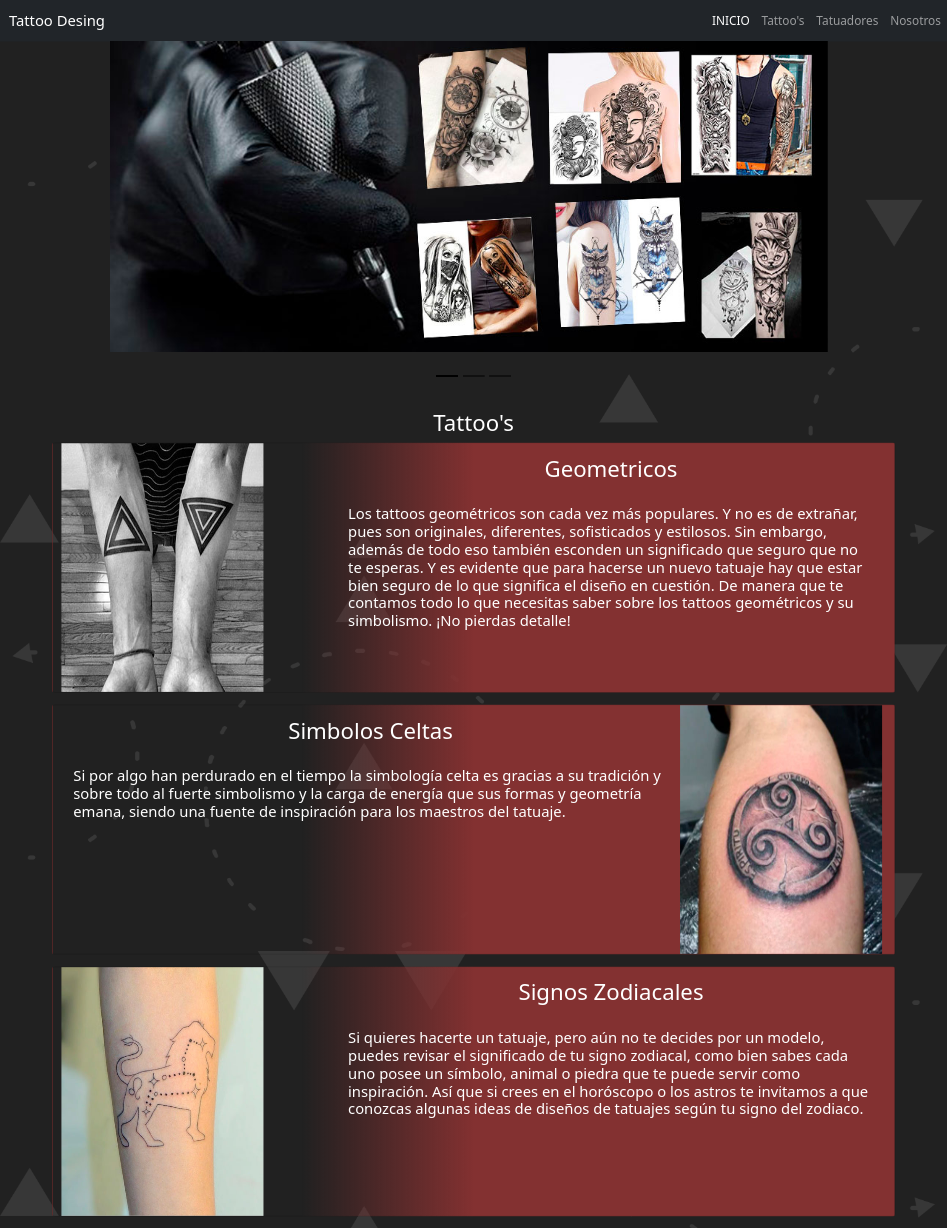
Repository: Vladimir-22/TatooDesign
Page: index.html
An editor plug-in stored every save of this project. The page is shown before and after the next save, followed by the edit.
The browser window is 1280 px wide. The pictures show the whole page, at 74% of full size.
Some web libraries are served in a nearby version.

Above is the page before, as saved 2021-05-18 16:34:43.

### index.html
<!DOCTYPE html>
<html lang="es">

<head>
    <meta charset="UTF-8">
    <meta http-equiv="X-UA-Compatible" content="IE=edge">
    <meta name="viewport" content="width=device-width, initial-scale=1.0">
    <link href="https://cdn.jsdelivr.net/npm/bootstrap@5.0.0-beta3/dist/css/bootstrap.min.css" rel="stylesheet" integrity="sha384-eOJMYsd53ii+scO/bJGFsiCZc+5NDVN2yr8+0RDqr0Ql0h+rP48ckxlpbzKgwra6" crossorigin="anonymous">
    <script src="https://cdn.jsdelivr.net/npm/bootstrap@5.0.0-beta3/dist/js/bootstrap.bundle.min.js" integrity="sha384-JEW9xMcG8R+pH31jmWH6WWP0WintQrMb4s7ZOdauHnUtxwoG2vI5DkLtS3qm9Ekf" crossorigin="anonymous"></script>
    <script src="https://cdn.jsdelivr.net/npm/bootstrap@5.0.0-beta3/dist/js/bootstrap.bundle.min.js" integrity="sha384-JEW9xMcG8R+pH31jmWH6WWP0WintQrMb4s7ZOdauHnUtxwoG2vI5DkLtS3qm9Ekf" crossorigin="anonymous"></script>
    <script src="https://cdn.jsdelivr.net/npm/@popperjs/core@2.9.1/dist/umd/popper.min.js" integrity="sha384-SR1sx49pcuLnqZUnnPwx6FCym0wLsk5JZuNx2bPPENzswTNFaQU1RDvt3wT4gWFG" crossorigin="anonymous"></script>
    <script src="https://cdn.jsdelivr.net/npm/bootstrap@5.0.0-beta3/dist/js/bootstrap.min.js" integrity="sha384-j0CNLUeiqtyaRmlzUHCPZ+Gy5fQu0dQ6eZ/xAww941Ai1SxSY+0EQqNXNE6DZiVc" crossorigin="anonymous"></script>
    <link rel="stylesheet" href="https://use.fontawesome.com/releases/v5.8.1/css/all.css" integrity="sha384-50oBUHEmvpQ+1lW4y57PTFmhCaXp0ML5d60M1M7uH2+nqUivzIebhndOJK28anvf" crossorigin="anonymous">
    <link rel="stylesheet" href="css/styles.css">
    <title>Tattoo Desing</title>
</head>

<body>
    <nav class="navbar navbar-expand-lg navbar-dark bg-dark">
        <div class="container-fluid">
            <!-- <i class="fas fa-bars"></i> -->

            <div class="col-md-9">
                <a class="navbar-brand" href="#">Tattoo Desing</a>

                <button class="navbar-toggler" type="button" data-bs-toggle="collapse" data-bs-target="#navbarNav" aria-controls="navbarNav" aria-expanded="false" aria-label="Toggle navigation">
                    <span class="navbar-toggler-icon"></span>
                </button>
            </div>

            <div class="col-md-3 collapse navbar-collapse" id="navbarNav">
                <ul class="navbar-nav">
                    <li class="nav-item">
                        <a class="nav-link active" aria-current="page" href="#">INICIO</a>
                    </li>
                    <li class="nav-item">
                        <a class="nav-link" href="tattoo's.html">Tattoo's</a>
                    </li>
                    <li class="nav-item">
                        <a class="nav-link" href="tatuadores.html">Tatuadores</a>
                    </li>
                    <li class="nav-item">
                        <a class="nav-link" href="nosotros.html" tabindex="-1" aria-disabled="true">Nosotros</a>
                    </li>
                </ul>
            </div>

        </div>
    </nav>

    <div class="container">
        <div class="row" id="carrusel" >
            <div id="carouselExampleDark" class="carousel carousel-dark slide" data-bs-ride="carousel">

                <div class="carousel-indicators">
                    <button type="button" data-bs-target="#carouselExampleDark" data-bs-slide-to="0" class="active" aria-current="true" aria-label="Slide 1"></button>
                    <button type="button" data-bs-target="#carouselExampleDark" data-bs-slide-to="1" aria-label="Slide 2"></button>
                    <button type="button" data-bs-target="#carouselExampleDark" data-bs-slide-to="2" aria-label="Slide 3"></button>
                </div>

                <div class="carousel-inner">
                    <div class="carousel-item active" data-bs-interval="10000">
                        <img id="imgCarrusel" src="./Agos/Carrusel/trae-tu-diseño-1.jpg" class="d-block w-20" alt="...">
                        <!-- <div class="carousel-caption d-none d-md-block">
                            <h5>First slide label</h5>
                            <p>Some representative placeholder content for the first slide.</p>
                        </div> -->
                    </div>
                    <div class="carousel-item" data-bs-interval="4000">
                        <img id="imgCarrusel" src="./Agos/Carrusel/Tendencias.jpg" class="d-block w-20" alt="...">
                        <!-- <div class="carousel-caption d-none d-md-block">
                            <h5>Second slide label</h5>
                            <p>Some representative placeholder content for the second slide.</p>
                        </div> -->
                    </div>
                    <div class="carousel-item" data-bs-interval="2000">
                        <img id="imgCarrusel" src="./Agos/Carrusel/Tatuadores-banner.jpg" class="d-block w-20" alt="...">
                        <!-- <div class="carousel-caption d-none d-md-block">
                            <h5>Third slide label</h5>
                            <p>Some representative placeholder content for the third slide.</p>
                        </div> -->
                    </div>
                </div>

                <!-- <button class="carousel-control-prev" type="button" data-bs-target="#carouselExampleDark" data-bs-slide="prev">
                  <span class="carousel-control-prev-icon" aria-hidden="true"></span>
                  <span class="visually-hidden">Previous</span>
                </button>
                <button class="carousel-control-next" type="button" data-bs-target="#carouselExampleDark" data-bs-slide="next">
                  <span class="carousel-control-next-icon" aria-hidden="true"></span>
                  <span class="visually-hidden">Next</span>
                </button> -->

            </div>
        </div>

        <div class="row section2 text-center">
            <h1>
                Tattoo's
            </h1>
        </div>

        <div class="row">
            <!-- <div class="card mb-3">
                <img src="./Pedro/Categorías - Signos Zodiacales/Simbolos Celtas.PNG" class="card-img-top" alt="...">
                <div class="card-body">
                    <h5 class="card-title">Card title</h5>
                    <p class="card-text">This is a wider card with supporting text below as a natural lead-in to additional content. This content is a little bit longer.</p>
                    <p class="card-text"><small class="text-muted">Last updated 3 mins ago</small></p>
                </div>
            </div> -->

            <div id="Geometricos" class="card mb-3" style="max-width: auto;">
                <div class="row g-0">
                    <div class="col-md-4">
                        <img id="imagen" src="./Pedro/Categorías - descripcion inicio/Tatuajes Geometricos.jpg" alt="...">
                    </div>
                    <div class="col-md-8">
                        <div class="card-body">
                            <h1 class="card-title">Geometricos</h1> <br>
                            <h5 id="descrip-gral" class="card-text">
                                Los tattoos geométricos son cada vez más populares. Y no es de extrañar, pues son originales, diferentes, sofisticados y estilosos. Sin embargo, además de todo eso también esconden un significado que seguro que no te esperas.
                                Y es evidente que para hacerse un nuevo tatuaje hay que estar bien seguro de lo que significa el diseño en cuestión. De manera que te contamos todo lo que necesitas saber sobre los tattoos geométricos y su simbolismo. ¡No
                                pierdas detalle!
                            </h5>
                            <!-- <p class="card-text"><small class="text-muted">Última actualización 3 minutos</small></p> -->
                        </div>
                    </div>
                </div>
            </div>

            <div id="Celtas" class="card mb-3" style="max-width: auto;">
                <div class="row g-0">
                    <div class="col-md-9">
                        <div class="card-body">
                            <h1 class="card-title">Simbolos Celtas</h1> <br>
                            <h5 id="descrip-gral" class="card-text">
                                Si por algo han perdurado en el tiempo la simbología celta es gracias a su tradición y sobre todo
                                al fuerte simbolismo y la carga de energía que sus formas y geometría emana, siendo una fuente de
                                inspiración para los maestros del tatuaje.
                            </h5 >
                            <!-- <p class="card-text"><small class="text-muted">Última actualización 3 minutos</small></p> -->
                        </div>
                    </div>
                    <div class="col-md-3">
                        <img id="imagen" src="./Pedro/Categorías - descripcion inicio/Simbolos Celtas.jpg" alt="...">
                    </div>
                </div>
            </div>

            <div id="Zodiacales" class="card mb-3" style="max-width: auto;">
                <div class="row g-0">
                    <div class="col-md-4">
                        <img id="imagen" src="./Pedro/Categorías - descripcion inicio/Signos Zodiacales.jpg" alt="...">
                    </div>
                    <div class="col-md-8">
                        <div class="card-body">
                            <h1 class="card-title">Signos Zodiacales</h1> <br>
                            <h5 id="descrip-gral" class="card-text">
                                Si quieres hacerte un tatuaje, pero aún no te decides por un modelo, puedes revisar el significado
                                de tu signo zodiacal, como bien sabes cada uno posee un símbolo, animal o piedra que te puede servir
                                como inspiración.
                                Así que si crees en el horóscopo o los astros te invitamos a que conozcas algunas ideas de diseños
                                de tatuajes según tu signo del zodiaco.
                            </h5>
                            <!-- <p class="card-text"><small class="text-muted">Última actualización 3 minutos</small></p> -->
                        </div>
                    </div>
                </div>
            </div>
        </div>

    </div>
</body>

</html>

### css/styles.css
body {
    margin: 0 !important;
    padding: 0;
    position: relative;
    /*width: 1440px;
    height: 1024px;*/
    background: #212121;
    background-image: url(../Daniela/Background.png);
    background-position: center;
    background-size: contain;
    /* font-family: NanumGothic; */
}

.section2 {
    margin-top: 7%;
    color: white;
}

.section3 {
    margin-top: 3%;
    color: white;
}

h1 {
    font-size: 30px;
}

h2 {
    font-size: 21px;
}

h3 {
    font-size: 18px;
}

h1,
h2,
h3 {
    color: white;
    text-align: center;
}


/*.card img {
    width: 30%;
    height: 30%;
    align-content: center;
} */

nav {
    position: absolute;
    left: 0% !important;
    right: 0% !important;
    top: 0% !important;
    bottom: 0% !important;
    background: #000000 !important;
}

.carousel-indicators {
    left: 0% !important;
    right: 0% !important;
    top: 105% !important;
    bottom: 0% !important;
    margin-top: 0% !important;
}

.carousel-inner {
    left: 6% !important;
    right: 0% !important;
    top: 0% !important;
}



#Geometricos,
#Celtas,
#Zodiacales {
    background: linear-gradient(270deg, #833131 50%, rgba(131, 49, 49, 0) 70.34%);
    border-radius: 4px;
}

#nosotros
{
    background: none;
}

#descrip-gral {
    color: white;
}

#imagen {
    width: 273px;
    height: 336px;
}

#Celtas #imagen {
    right: 100% !important;
    top: 660px;
}

After the next save:
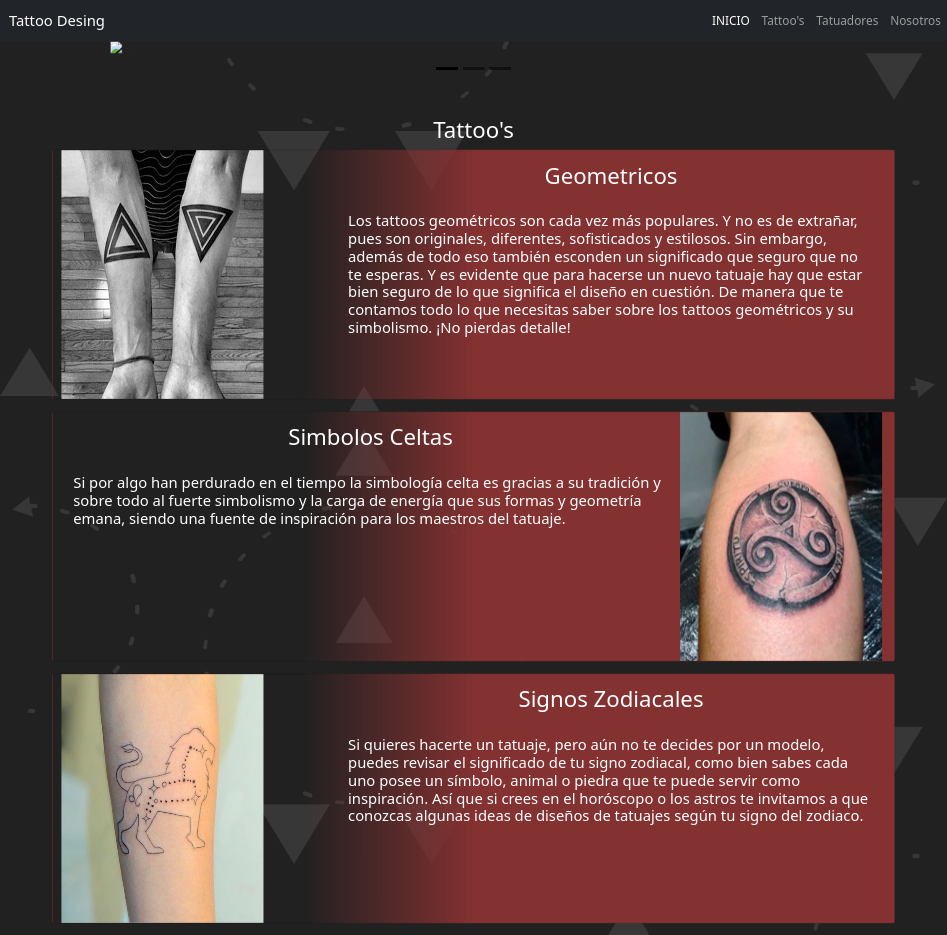
Not found: Agos/Carrusel/trae-tu-diseño-1.png
Saved 26 h 54 min later.
--- a/index.html
+++ b/index.html
@@ -60,21 +60,21 @@
 
                 <div class="carousel-inner">
                     <div class="carousel-item active" data-bs-interval="10000">
-                        <img id="imgCarrusel" src="./Agos/Carrusel/trae-tu-diseño-1.jpg" class="d-block w-20" alt="...">
+                        <img id="imgCarrusel" src="./Agos/Carrusel/trae-tu-diseño-1.png" class="d-block w-20" alt="...">
                         <!-- <div class="carousel-caption d-none d-md-block">
                             <h5>First slide label</h5>
                             <p>Some representative placeholder content for the first slide.</p>
                         </div> -->
                     </div>
                     <div class="carousel-item" data-bs-interval="4000">
-                        <img id="imgCarrusel" src="./Agos/Carrusel/Tendencias.jpg" class="d-block w-20" alt="...">
+                        <img id="imgCarrusel" src="./Agos/Carrusel/Tendencias.png" class="d-block w-20" alt="...">
                         <!-- <div class="carousel-caption d-none d-md-block">
                             <h5>Second slide label</h5>
                             <p>Some representative placeholder content for the second slide.</p>
                         </div> -->
                     </div>
                     <div class="carousel-item" data-bs-interval="2000">
-                        <img id="imgCarrusel" src="./Agos/Carrusel/Tatuadores-banner.jpg" class="d-block w-20" alt="...">
+                        <img id="imgCarrusel" src="./Agos/Carrusel/Tatuadores-banner.png" class="d-block w-20" alt="...">
                         <!-- <div class="carousel-caption d-none d-md-block">
                             <h5>Third slide label</h5>
                             <p>Some representative placeholder content for the third slide.</p>

After the save that followed:
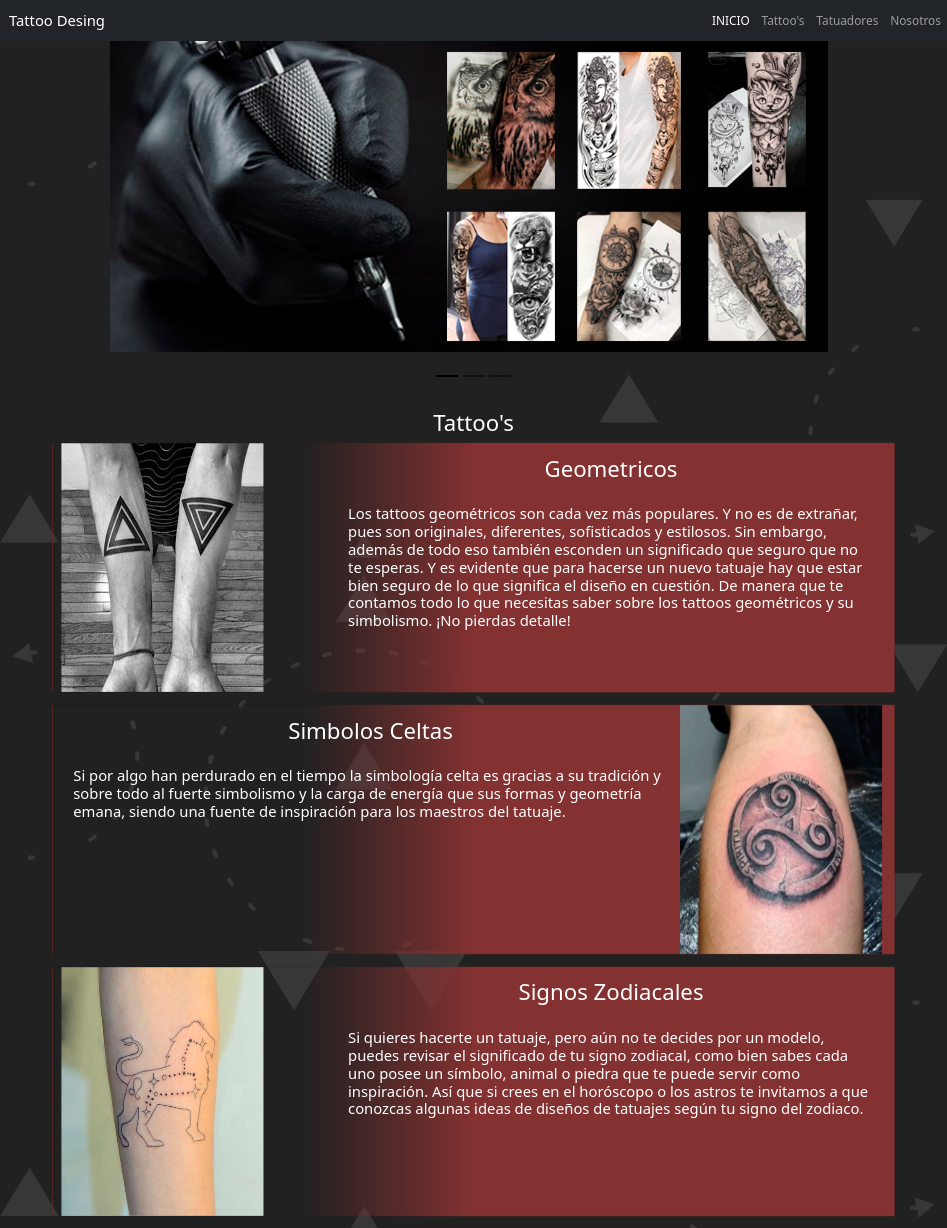
Saved 5 min 10 s later.
--- a/index.html
+++ b/index.html
@@ -60,7 +60,7 @@
 
                 <div class="carousel-inner">
                     <div class="carousel-item active" data-bs-interval="10000">
-                        <img id="imgCarrusel" src="./Agos/Carrusel/trae-tu-diseño-1.png" class="d-block w-20" alt="...">
+                        <img id="imgCarrusel" src="./Agos/Carrusel/trae-tu-diseño.png" class="d-block w-20" alt="...">
                         <!-- <div class="carousel-caption d-none d-md-block">
                             <h5>First slide label</h5>
                             <p>Some representative placeholder content for the first slide.</p>
